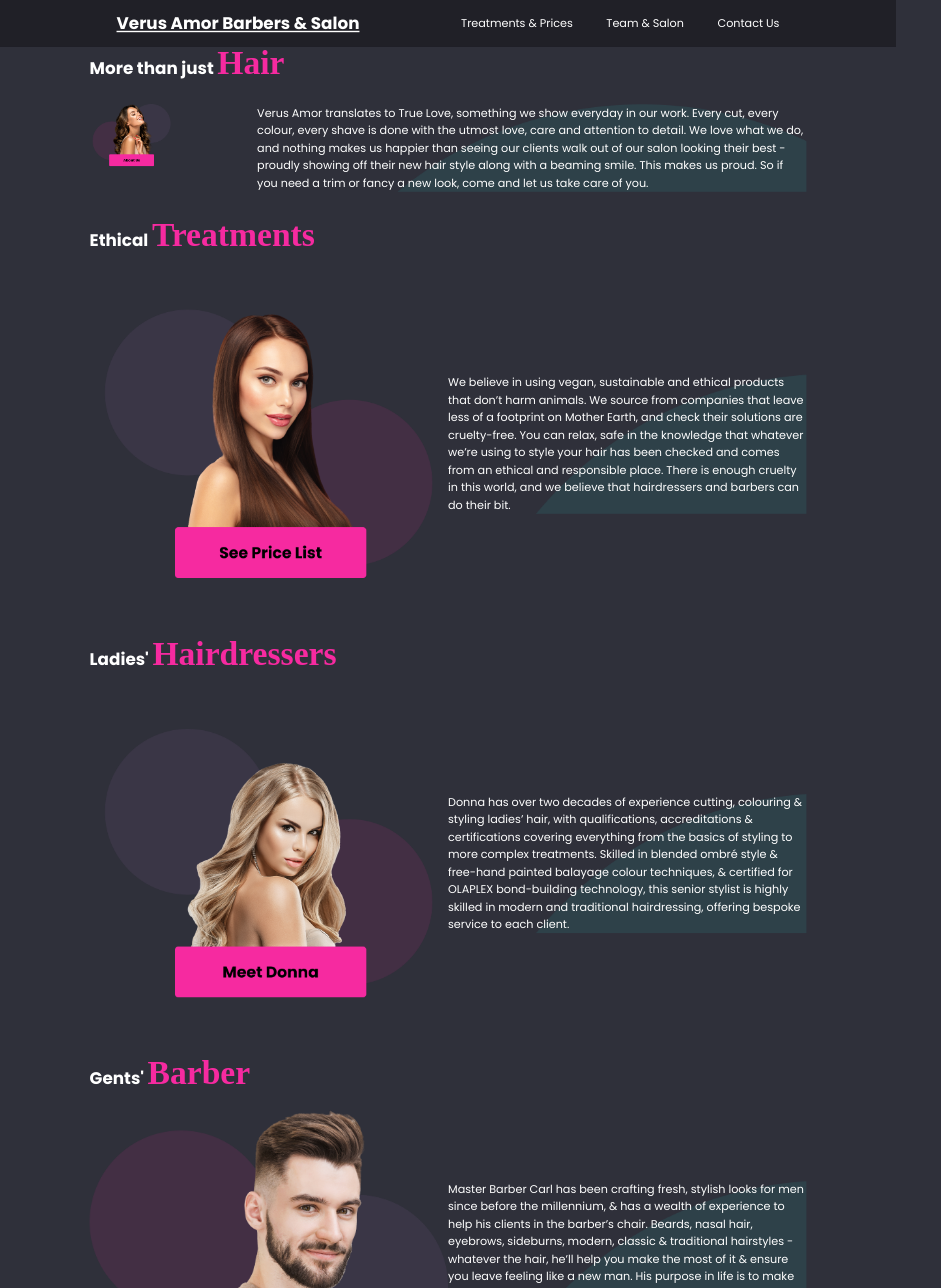
Repository: Troy-Bolt/verustroy-
Page: index.html
These files come from the project's save history. The page is drawn as it stood at one moment and after the next save; the edit follows.
The browser window is 1280 px wide. The page is 1280 px wide, then 1344 px, then 1280 px, so the pictures cover 1344 px, including what lies to the right of the window. The pictures show the part of the page from y = 0 to 1840 px (the page is 6182 px tall before and 12626 px after), at 70% of full size.
Backgrounds fixed to the window are drawn as part of the page. Some web fonts or font styles are not loaded; a fallback is used.

Above is the page before, as saved 2022-04-27 08:55:01.

After the next save:
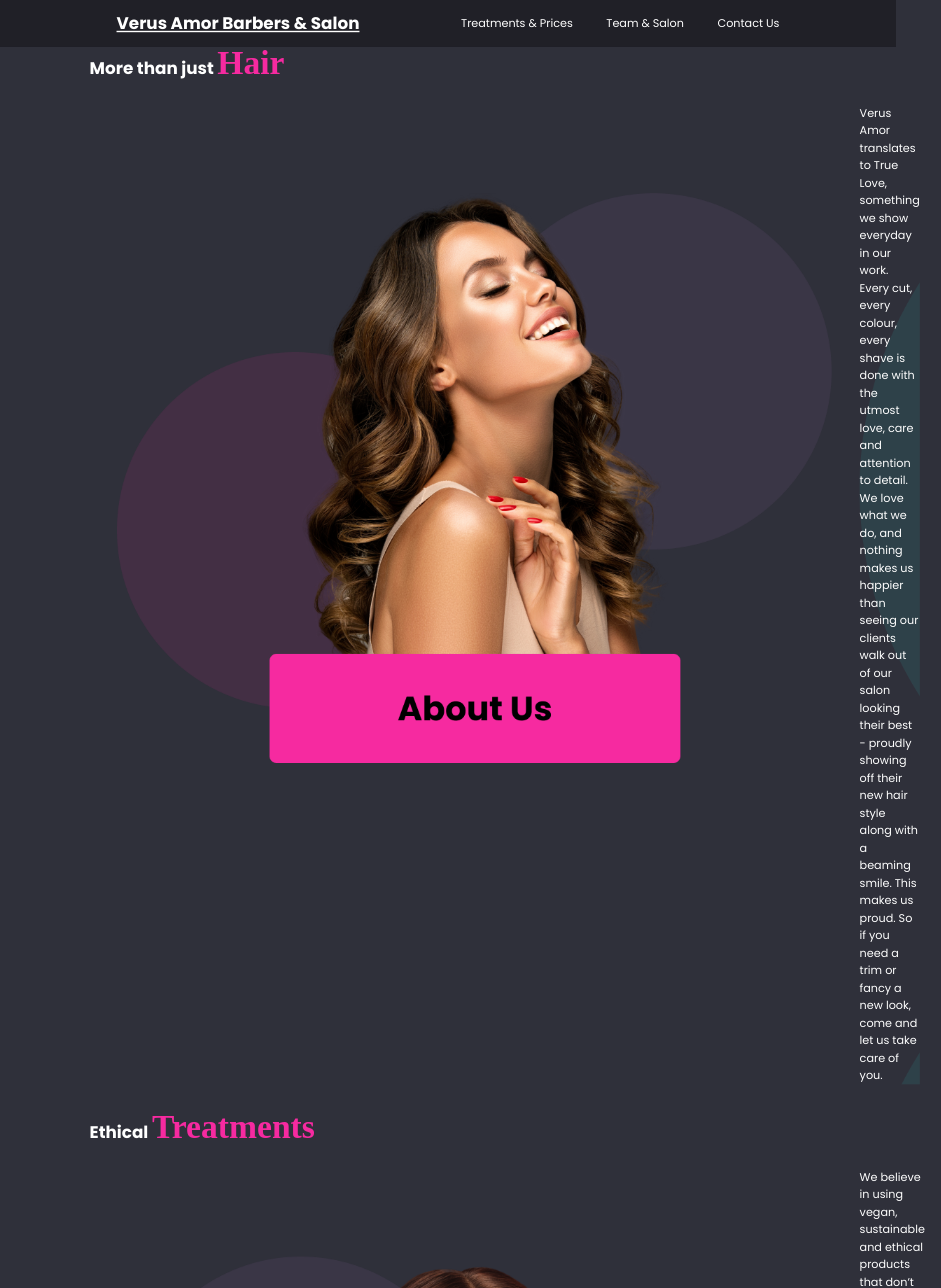
Saved 21 s later.
--- a/CSS/style.css
+++ b/CSS/style.css
@@ -45,7 +45,7 @@
 }
 
 
-img {
+img a {
     max-width: 100%;
     width: 50%;
     object-fit:scale-down;

After the 2 saves that followed:
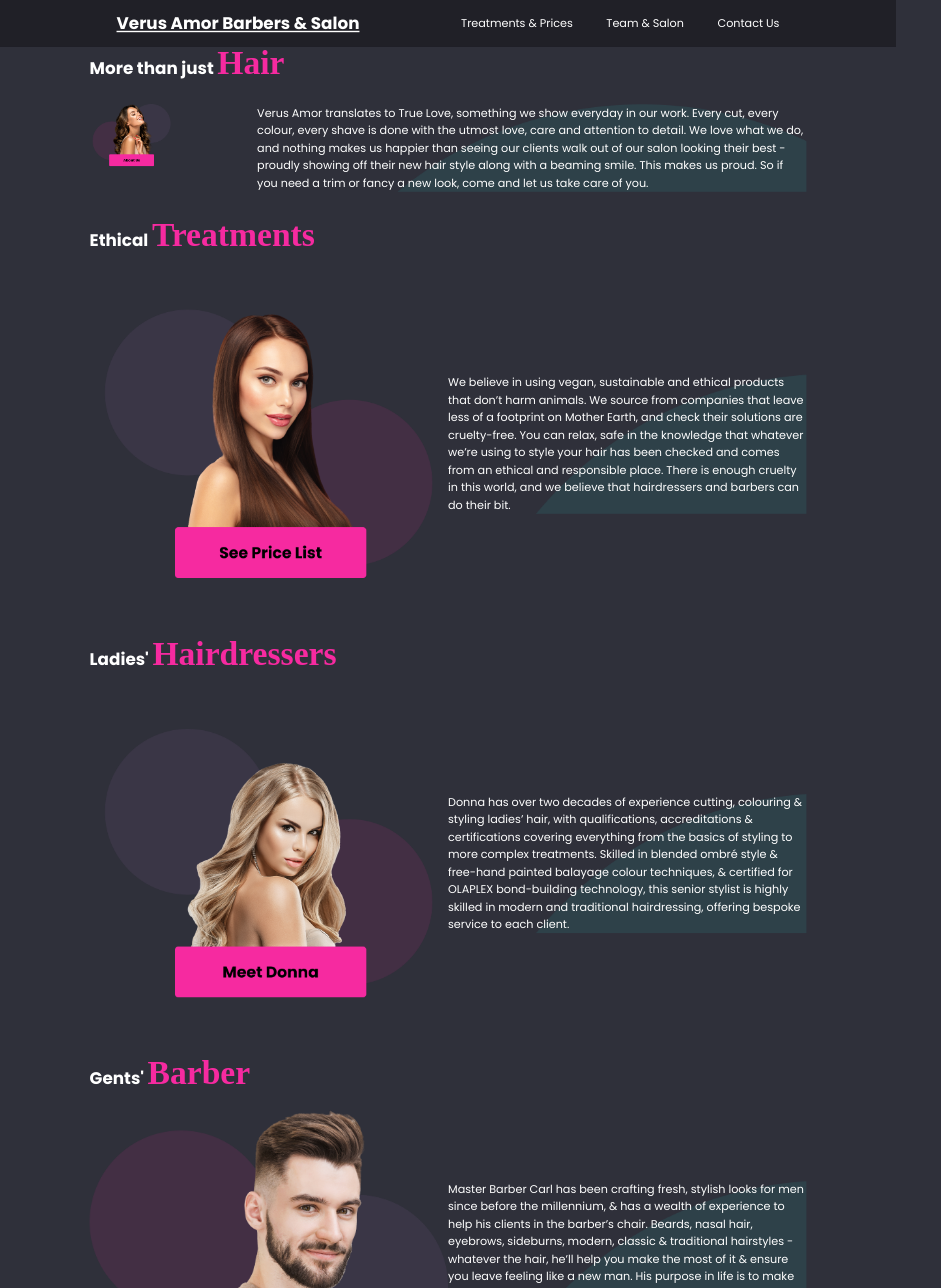
The 2 saves are shown as one change because 1 left the picture as it was.
The last was saved 26 s later.
--- a/CSS/style.css
+++ b/CSS/style.css
@@ -45,7 +45,7 @@
 }
 
 
-img a {
+img {
     max-width: 100%;
     width: 50%;
     object-fit:scale-down;
